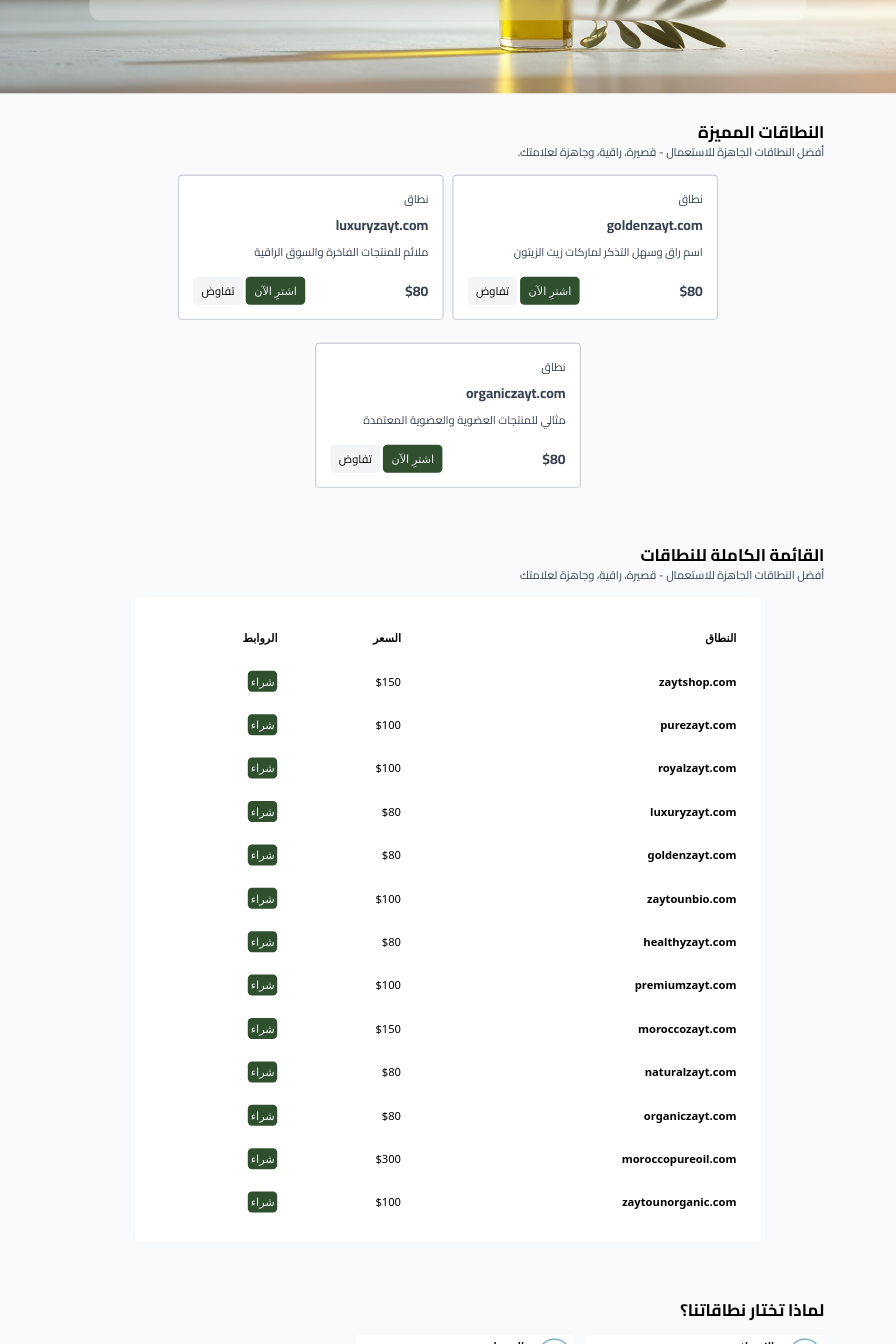
Repository: zakaria-bn05/Olive-oil-domaine-names-english-version
Page: index.html
These files come from the project's save history. The page is drawn as it stood at one moment and after the next save; the edit follows.
The browser window is 1280 px wide. The pictures show the part of the page from y = 375 to 2295 px (the page is 2940 px tall before and 2700 px after), at 70% of full size.
Some web libraries are served in a nearby version.

Above is the page before, as saved 2025-11-19 01:21:26.

After the next save:
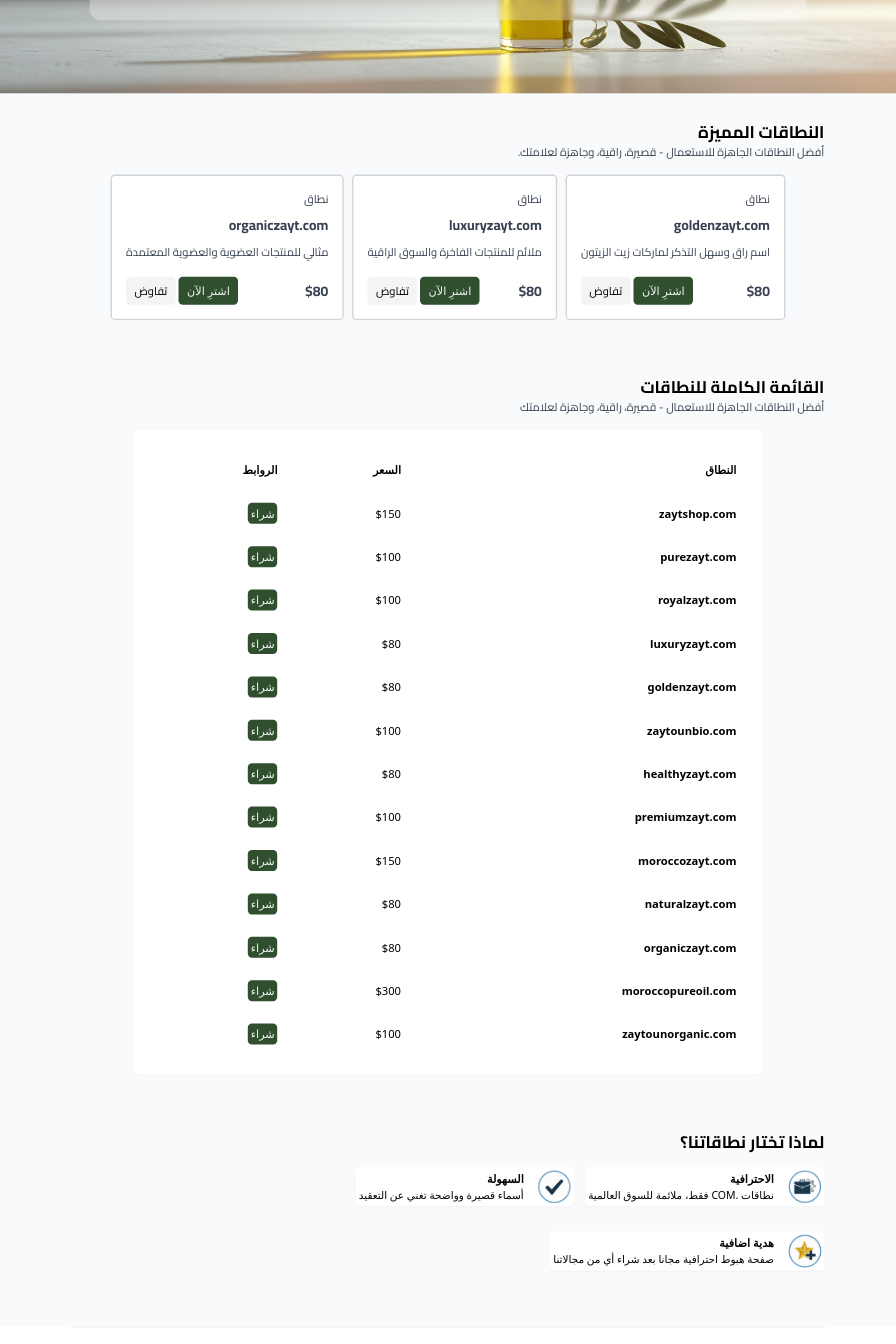
Saved 13 s later.
--- a/index.html
+++ b/index.html
@@ -52,10 +52,6 @@
         .table-spaced thead th {
             background: transparent;
             font-weight: 700;
-        }
-
-        .special-domaine {
-            width: 380px
         }
 
         @media (max-width: 768px) {
